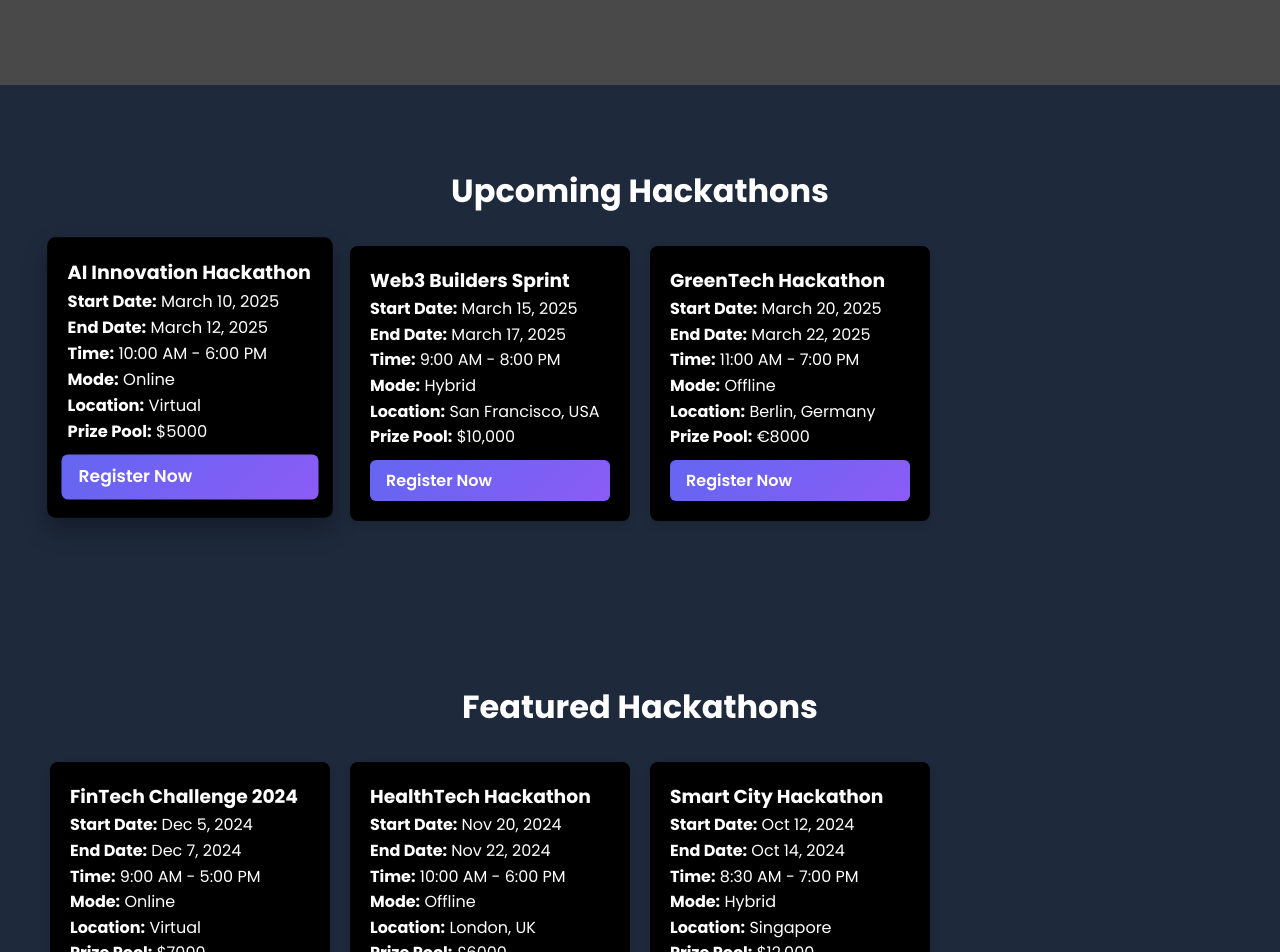
Repository: masihuddin-tech/Hackathon-Project
Page: index.html
An editor plug-in stored every save of this project. The page is shown before and after a run of saves, followed by the edit.
The browser window is 1280 px wide. The pictures show the part of the page from y = 635 to 1587 px (the page is 1995 px tall).
The pointer rests on the first visible `.card a`.
Pictures or frames that could not be fetched are drawn as grey boxes. Backgrounds fixed to the window are drawn as part of the page.

Above is the page before, as saved 2025-09-04 10:57:03.
Not found: app.js

After the next 2 saves:
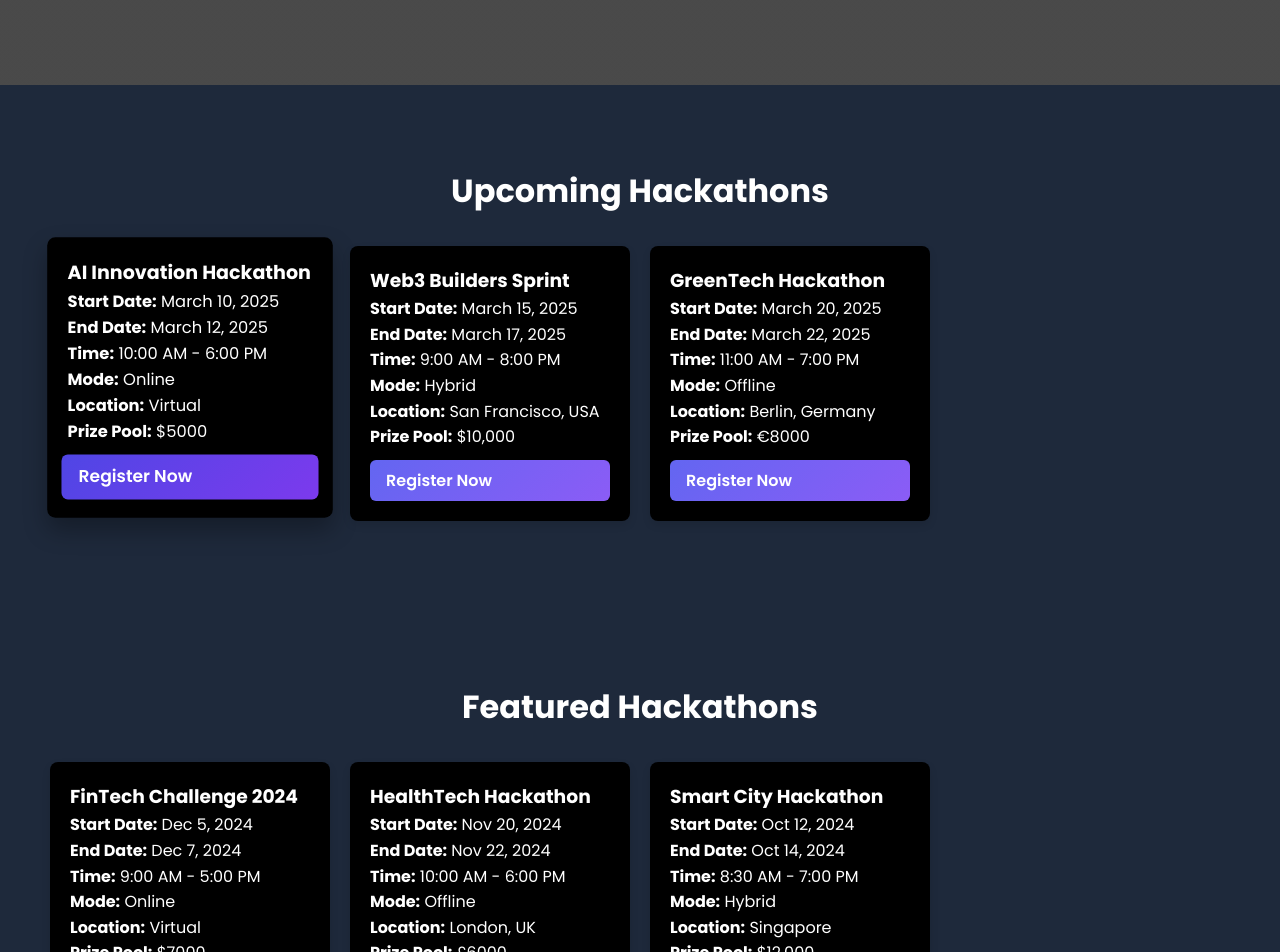
The 2 saves are shown as one change because they came seconds apart.
The last was saved 15 s later.
--- a/style.css
+++ b/style.css
@@ -220,7 +220,7 @@
 }
 
 .card a:hover {
-  background: linear-gradient(135deg, #6366f1, #8b5cf6);   /* darker blue on hover */
+  background: linear-gradient(135deg, #4f46e5, #7c3aed);   /* darker blue on hover */
   transform: scale(1.05); /* slight zoom effect */
 }
 

After the save that followed:
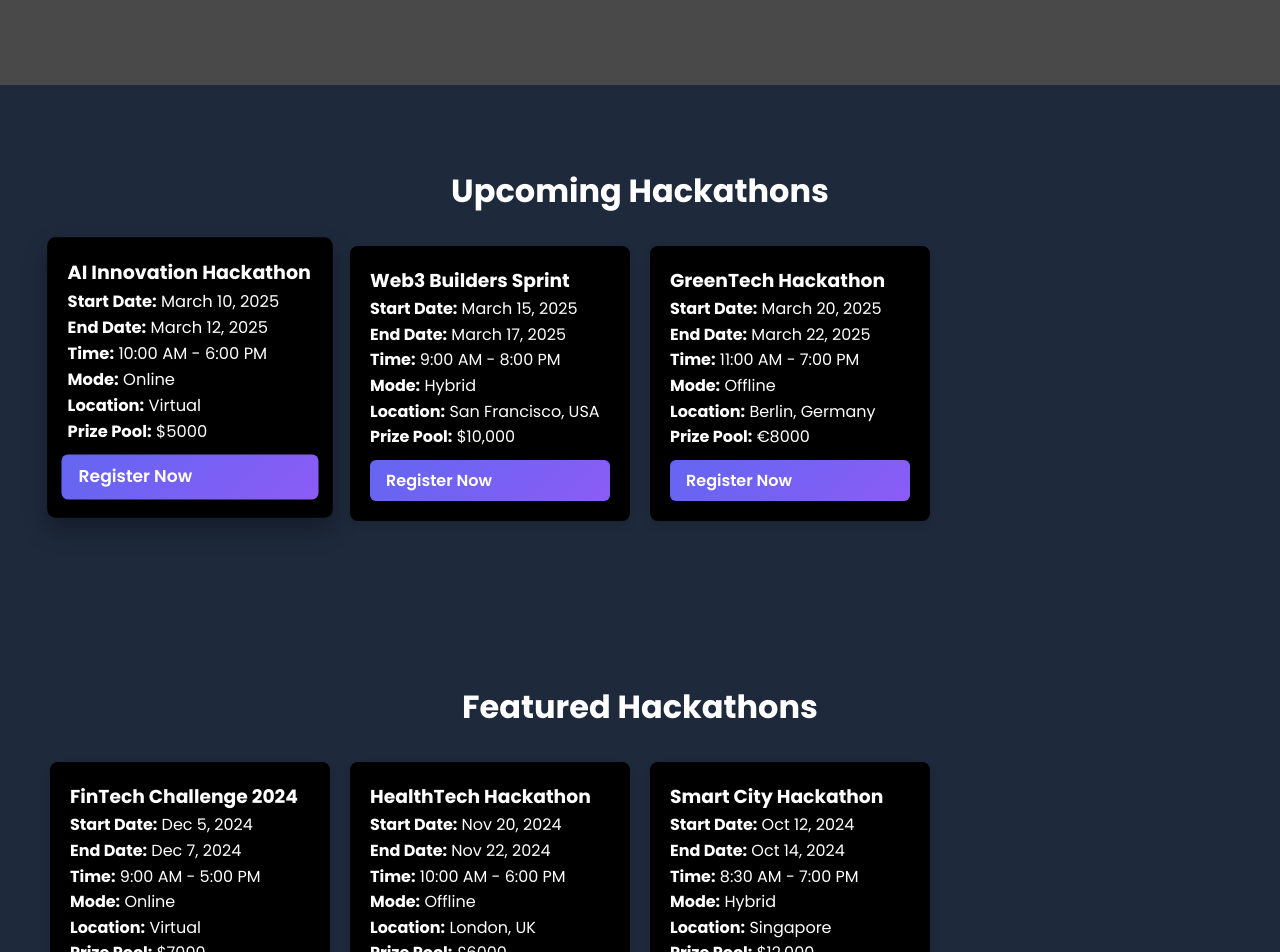
Saved 27 s later.
--- a/style.css
+++ b/style.css
@@ -220,7 +220,7 @@
 }
 
 .card a:hover {
-  background: linear-gradient(135deg, #4f46e5, #7c3aed);   /* darker blue on hover */
+  /* background: linear-gradient(135deg, #4f46e5, #7c3aed);   darker blue on hover */
   transform: scale(1.05); /* slight zoom effect */
 }
 
